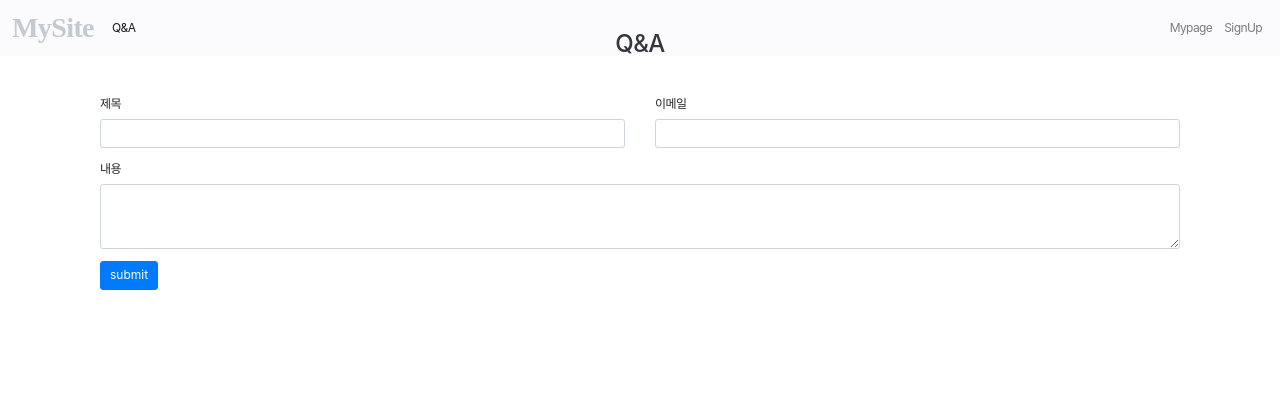
Repository: JungSWon/Project
Page: http://localhost/qna
The author's editor kept a record of every edit. The page is drawn from the files as they stood at one moment, then again after the next edit.
The browser window is 1280 px wide. The pictures show the whole page.
Some web fonts or font styles are not loaded; a fallback is used. The page is served by the project's application, run on Django 2.2 (pj05/manage.py).

Above is the page before.

After the next edit:
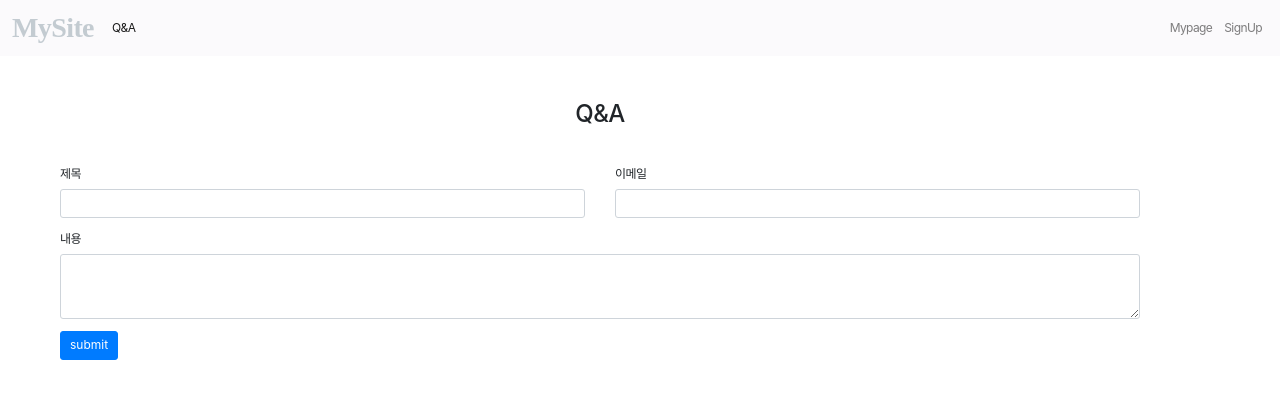
The edit:
--- a/05_detail/pj05/detail/templates/qna.html
+++ b/05_detail/pj05/detail/templates/qna.html
@@ -7,7 +7,7 @@
 
 {% block body %}
 
-<div class="container">
+<div class="page-body container">
     <div class="qnatitle">
         <h2>Q&A</h2>
     </div>
